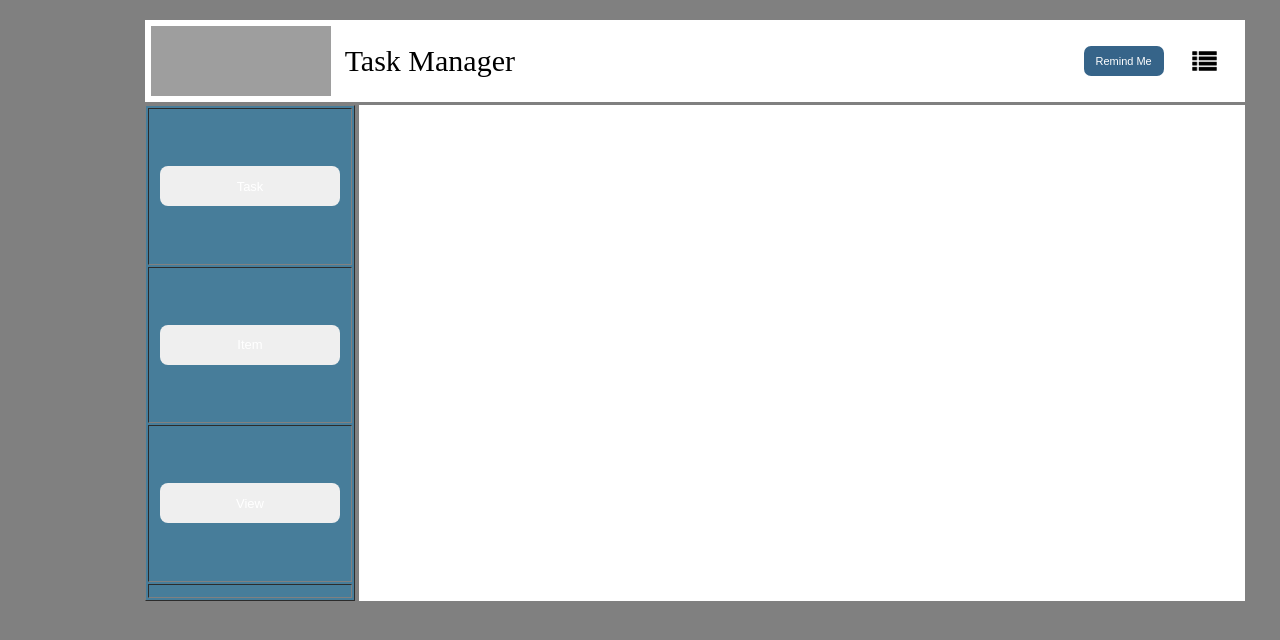
Repository: SnehaSalvi/TaskManagerProject
Page: http://localhost/TaskManagerChecklist/Home.jsp
The author's editor kept a copy of each file at every save. The page is drawn from the files as they stood at one save, then again after the next save.
The browser window is 1280 px wide. The pictures show the whole page.
Pictures or frames that could not be fetched are drawn as grey boxes. The page is served by Tomcat 9. Other server files are loaded and not shown.

Above is the page before, as saved 2016-10-13 11:04:26.

### TaskManagerChecklist/WebContent/Home.jsp
<%@ page language="java" contentType="text/html; charset=ISO-8859-1" pageEncoding="ISO-8859-1"%>
<!DOCTYPE html PUBLIC "-//W3C//DTD HTML 4.01 Transitional//EN" "http://www.w3.org/TR/html4/loose.dtd">
<html>
<head>
<meta http-equiv="Content-Type" content="text/html; charset=ISO-8859-1">
<title>Insert title here</title>
<link href="home.css" type="text/css" rel="stylesheet"/>
</head>
<body>
<form>
<table id="table1">
<tr>
<td id="td1">
<img id="banner" src="images/banner.jpg"/>
</td>
<td id="td_blank">
</td>
<td id="td2">
Task Manager
</td>

<td id="td3" align="center">
<input type="button" name="remind" id="button1" value="Remind Me"/>
</td>
<td id="td4" align="center">
<img id="list" src="images/list.png"/>
</td>
</tr>
</table>
<table></table>
<table>
<tr>
<td>
<table id="table2" border="1">
<tr>
<td align="center">
<input type="button" name="task" id="button2" value="Task"/>
</td>
</tr>
<tr>
<td align="center">
<input type="button" name="item" id="button2" value="Item"/>
</td>
</tr>
<tr>
<td align="center">
<input type="button" name="view" id="button2" value="View"/>
</td>
</tr>
<tr>
<td rowspan="7" align="center">
</td>
</tr>
</table>
</td>
<td>
<table id="table3">
<tr>
<td id="#td6">
</td>
</tr>
</table>
</td>
</tr>
</table>
</form>
<!--<form action="Hello">
Name:<input type="text" name="user"/>
<input type="submit" value="go"/>
</form>-->
</body>
</html>

### TaskManagerChecklist/WebContent/home.css
body
{
	background-position: center;
	background-color:gray;
	margin-left: 140px;
	margin-top: 20px;
	margin-right: 120px;
	margin-bottom: 20px;
	background-repeat: no-repeat;
}
#table1
{
	margin-left:5px;
	background-color:white;
	background-position: center;
	height: 76px;
	width:1100px;

}
#table2
{
	margin-left:2px;
	background-color:#477d9a;
	background-position: center;
	height: 496px;
	width:210px;


}
#table3
{
	background-color:white;
	background-position: center;
	height: 496px;
	width:886px;

}
#table4
{

	background-position: center;
	height: 497px;
	width:1100px;
}
img
{
	border-style:double;
	border-color: white;
}
tr
{

}
#div1
{
	width: 600px;
	height: 400px;
}
#td1
{
	width:185px;
	height:75px;
	background-color:
}
#td2
{
	width:735px;
	height:75px;
	font-family: serif;
	font-size: 30px;
	font-style: inherit;

}
#td3
{
	width:80px;
	height:75px;
}
#td4
{
	width:30x;
	height:75px;
}
#td_blank
{
	width:100x;
	height:75px;
}

#td6
{
	width:1050x;
	height:495px;


}
#banner
{

	width: 180px;
	height: 70px;
}
#list
{

	width: 25px;
	height: 20px;
}
#button1
{
    height: 30px;
    width: 80px;
    border-radius: 7px;
    border: 1px solid #000;
    font-family: sans-serif;
    background-color:#366489;
    color:white;
    font-size: 11px;
    border: 0;
}
#button2
{
    height: 40px;
    width: 180px;
    border-radius: 8px;
    border: 1px solid #000;
    font-family:sans-serif;
    font-size: 13px;
   background-color:;
   color:white;
    border: 0;
}
#div3
{
	width: 510px;
	height: 350px;
}

After the next save:
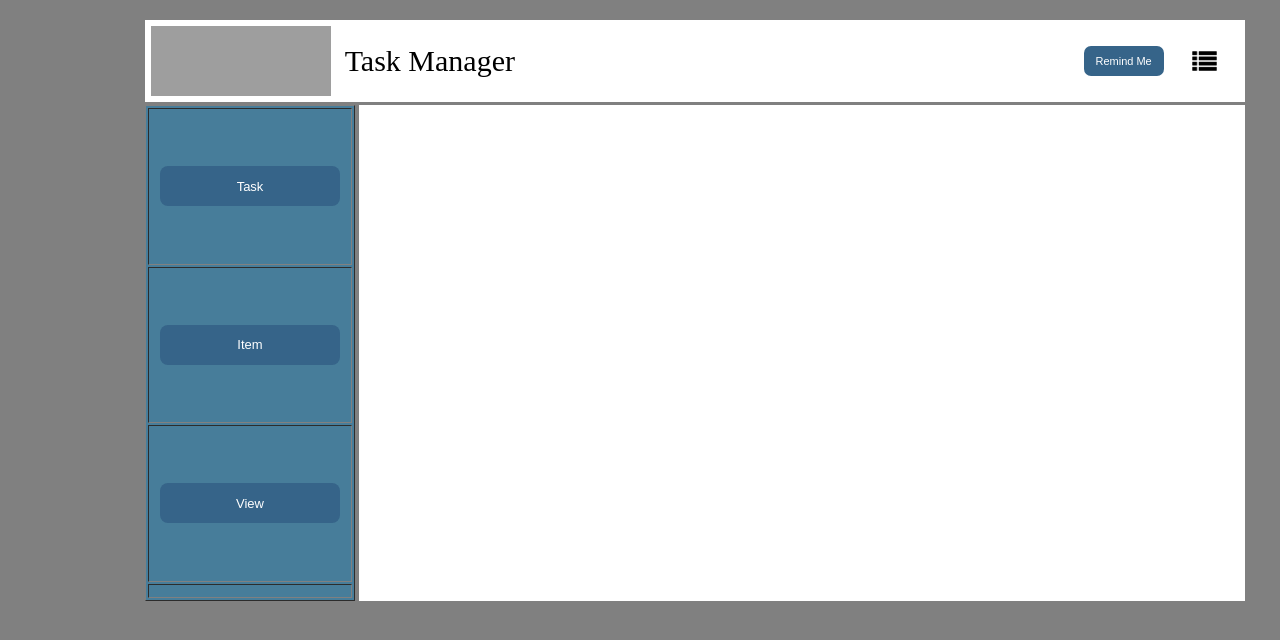
Saved 79 s later.
--- a/TaskManagerChecklist/WebContent/home.css
+++ b/TaskManagerChecklist/WebContent/home.css
@@ -126,7 +126,7 @@ tr
     border: 1px solid #000;
     font-family:sans-serif;
     font-size: 13px;
-   background-color:;
+   background-color:#366489;
    color:white;
     border: 0;
 }
